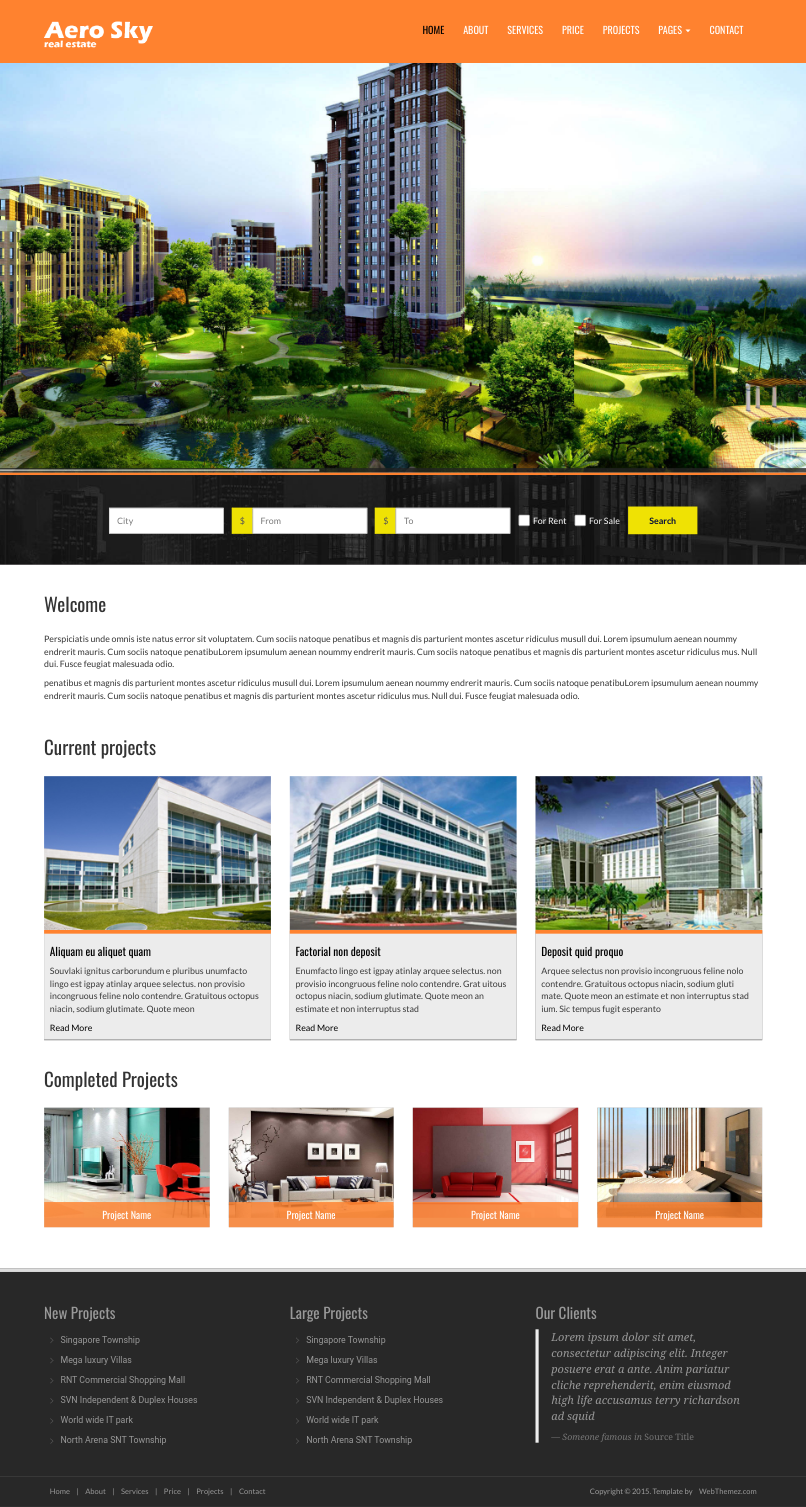
Repository: james19999/gestion
Page: http://localhost/
These files come from the project's save history. The page is drawn as it stood at one moment and after the next save; the edit follows.
The browser window is 1280 px wide. The pictures show the whole page, at 63% of full size.
The page is served by the project's Laravel application, run on PHP 8.4 with Laravel 8. Other server files are loaded and not shown.

Above is the page before, as saved 2021-11-02 15:53:38.

### routes/web.php
<?php

use Illuminate\Support\Facades\Route;

/*
|--------------------------------------------------------------------------
| Web Routes
|--------------------------------------------------------------------------
|
| Here is where you can register web routes for your application. These
| routes are loaded by the RouteServiceProvider within a group which
| contains the "web" middleware group. Now create something great!
|
*/

Route::get('/', function () {
    return view('welcome');
});


Route::get('/toto', function () {
    return 'Hello World';
});
Route::get('/produits', function () {
     return view('produit/al');
});
// Route::get('/PTT', function () {
//     return view('produit/ab');

// });

Route::view('/PTT','produit.ab');

Route::view('/contact','AN.contact')->name('contact');
Route::view('/a_propos','AN.a_propos')->name('a_propos');

### resources/views/welcome.blade.php
<!DOCTYPE html>
<html lang="en">
<head>
	<meta charset="utf-8">
	<meta name="viewport" content="width=device-width, initial-scale=1.0">
	<meta name="description" content="Real Estate Builders Free Responsive Website Templates - icon">
	<meta name="author" content="webThemez.com">
	<title>Real Estate Builders Free Responsive Website - icon</title>
	<link rel="favicon" href="assets/images/favicon.png">
	<link rel="stylesheet" media="screen" href="http://fonts.googleapis.com/css?family=Open+Sans:300,400,700">
	<link rel="stylesheet" href="{{ asset('assets/css/bootstrap.min.css') }}">
	<link rel="stylesheet" href="{{ asset('assets/css/font-awesome.min.css') }}">
	<link rel="stylesheet" href="{{ asset('assets/css/bootstrap-theme.css') }}" media="screen">
	<link rel="stylesheet" href="{{ asset('assets/css/style.css') }}">
    <link rel='stylesheet' id='camera-css'  href='{{ asset('assets/css/camera.css') }}' type='text/css' media='all'>
	<!-- HTML5 shim and Respond.js IE8 support of HTML5 elements and media queries -->
	<!--[if lt IE 9]>
	<script src="assets/js/html5shiv.js"></script>
	<script src="assets/js/respond.min.js"></script>
	<![endif]-->
</head>
<body>
	<!-- Fixed navbar -->
	<div class="navbar navbar-inverse">
		<div class="container">
			<div class="navbar-header">
				<!-- Button for smallest screens -->
				<button type="button" class="navbar-toggle" data-toggle="collapse" data-target=".navbar-collapse"><span class="icon-bar"></span><span class="icon-bar"></span><span class="icon-bar"></span></button>
				<a class="navbar-brand" href="index.html">
					<img src="{{ asset('assets/images/logo.png') }}" alt="Techro HTML5 template"></a>
			</div>
			<div class="navbar-collapse collapse">
				<ul class="nav navbar-nav pull-right mainNav">
					<li class="active"><a href="index.html">Home</a></li>
					<li><a href="about.html">About</a></li>
					<li><a href="services.html">Services</a></li>
					<li><a href="price.html">Price</a></li>
					<li><a href="projects.html">Projects</a></li>
					<li class="dropdown">
						<a href="#" class="dropdown-toggle" data-toggle="dropdown">Pages <b class="caret"></b></a>
						<ul class="dropdown-menu">
							<li><a href="sidebar-right.html">Right Sidebar</a></li>
							<li><a href="#">Dummy Link1</a></li>
							<li><a href="#">Dummy Link2</a></li>
							<li><a href="#">Dummy Link3</a></li>
						</ul>
					</li>
					<li><a href="contact.html">Contact</a></li>

				</ul>
			</div>
			<!--/.nav-collapse -->
		</div>
	</div>
	<!-- /.navbar -->

	<!-- Header -->
	<header id="head">
		<div class="container">
					<div class="fluid_container">
                    <div class="camera_wrap camera_emboss pattern_1" id="camera_wrap_4">
                        <div data-thumb="assets/images/slides/thumbs/slide1.jpg" data-src="assets/images/slides/slide1.jpg">
                        </div>
                        <div data-thumb="assets/images/slides/thumbs/slide2.jpg" data-src="assets/images/slides/slide2.jpg">
                        </div>
                        <div data-thumb="assets/images/slides/thumbs/slide3.jpg" data-src="assets/images/slides/slide3.jpg">
                        </div>
                    </div><!-- #camera_wrap_3 -->
                </div><!-- .fluid_container -->
		</div>
	</header>
	<!-- /Header -->
<section id="search">
<div class="search-panel">
                <form class="form-inline" role="form">
                    <div class="form-group">
                        <input type="text" class="form-control" id="city" placeholder="City" autocomplete="off">
                    </div>
                    <div class="form-group hidden-xs adv">
                        <div class="input-group">
                            <div class="input-group-addon">$</div>
                            <input class="form-control price" type="text" placeholder="From">
                        </div>
                    </div>
                    <div class="form-group hidden-xs adv">
                        <div class="input-group">
                            <div class="input-group-addon">$</div>
                            <input class="form-control price" type="text" placeholder="To">
                        </div>
                    </div>
                    <div class="form-group hidden-xs adv">
                        <div class="checkbox custom-checkbox"><label><input type="checkbox"><span class="fa fa-check"></span> For Rent</label></div>
                    </div>
                    <div class="form-group hidden-xs adv">
                        <div class="checkbox custom-checkbox"><label><input type="checkbox"><span class="fa fa-check"></span> For Sale</label></div>
                    </div>
                    <div class="form-group">
                        <a href="" class="btn btnsearch">Search</a>
                    </div>
                </form>
            </div>
</section>
      <section class="secpadding">
	  <div class="container">
      <div class="row">
      	<div class="col-md-12"><div class="title-box clearfix "><h2 class="title-box_primary">Welcome</h2></div>
        <p>Perspiciatis unde omnis iste natus error sit voluptatem. Cum sociis natoque penatibus et magnis dis parturient montes ascetur ridiculus musull dui. Lorem ipsumulum aenean noummy endrerit mauris. Cum sociis natoque penatibuLorem ipsumulum aenean noummy endrerit mauris. Cum sociis natoque penatibus et magnis dis parturient montes ascetur ridiculus mus. Null dui. Fusce feugiat malesuada odio.</p>
		<p>penatibus et magnis dis parturient montes ascetur ridiculus musull dui. Lorem ipsumulum aenean noummy endrerit mauris. Cum sociis natoque penatibuLorem ipsumulum aenean noummy endrerit mauris. Cum sociis natoque penatibus et magnis dis parturient montes ascetur ridiculus mus. Null dui. Fusce feugiat malesuada odio.</p> </div>
        </div>
		</div>
		</section>
      <section class="news-box">
        <div class="container">
            <h2><span>Current projects</span></h2>
            <div class="row">

                    <div class="col-md-4 col-sm-6 col-xs-12">
                        <div class="thumbnail thumbnail4">
                            <img src="assets/images/news2.jpg" alt="">

                            <div class="caption">
                                <h4>
                                    <a href="#">
                                        Aliquam eu aliquet quam
                                    </a>
                                </h4>

                                <p>
                                    Souvlaki ignitus carborundum e pluribus unumfacto lingo est igpay atinlay arquee
                                    selectus. non provisio incongruous feline nolo contendre. Gratuitous octopus niacin,
                                    sodium glutimate. Quote meon
                                </p>
                                <a href="#" data-title="Read More" class="btn-link"><span>Read More</span></a>
                            </div>
                        </div>
                    </div>
                    <div class="col-md-4 col-sm-6 col-xs-12">
                        <div class="thumbnail thumbnail4">
                            <img src="assets/images/news3.jpg" alt="">

                            <div class="caption">
                                <h4>
                                    <a href="#">
                                        Factorial non deposit
                                    </a>
                                </h4>

                                <p>
                                    Enumfacto lingo est igpay atinlay arquee selectus.
                                    non provisio incongruous feline nolo contendre. Grat uitous octopus niacin, sodium
                                    glutimate. Quote meon an estimate et non interruptus stad
                                </p>
                                <a href="#" data-title="Read More" class="btn-link"><span>Read More</span></a>
                            </div>
                        </div>
                    </div>
                    <div class="col-md-4 col-sm-6 col-xs-12">
                        <div class="thumbnail thumbnail4">
                            <img src="assets/images/news4.jpg" alt="">

                            <div class="caption">
                                <h4>
                                    <a href="#">
                                        Deposit quid proquo
                                    </a>
                                </h4>

                                <p>
                                    Arquee selectus non provisio incongruous feline nolo contendre. Gratuitous octopus
                                    niacin, sodium gluti mate. Quote meon an estimate et non interruptus stad ium. Sic
                                    tempus fugit esperanto
                                </p>
                                <a href="#" data-title="Read More" class="btn-link"><span>Read More</span></a>
                            </div>
                        </div>
                    </div>

                </div>
        </div>
    </section>

  <section id="packages" class="secpadding">
        <div class="container">
             <h2><span>Completed Projects</span></h2>

        	 <div class="row">
                <div class="col-md-3 col-sm-6">
                            <div class="cuadro_intro_hover " style="background-color:#cccccc;">
                                <p style="text-align:center;">
                                    <img src="assets/images/pic/pic-5.jpg" class="img-responsive" alt="">
                                </p>
                                <div class="caption">
                                    <div class="blur"></div>
                                    <div class="caption-text">
                                        <h3>Project Name</h3>
                                        <a class=" btn btn-default" href="#">$4600</i></a>
                                    </div>
                                </div>
                            </div>

                </div>
                <div class="col-md-3  col-sm-6">
                            <div class="cuadro_intro_hover " style="background-color:#cccccc;">
                                <p style="text-align:center;">
                                    <img src="assets/images/pic/pic-6.jpg" class="img-responsive" alt="">
                                </p>
                                <div class="caption">
                                    <div class="blur"></div>
                                    <div class="caption-text">
                                         <h3>Project Name</h3>
                                        <a class=" btn btn-default" href="#">$4600</i></a>
                                    </div>
                                </div>
                            </div>

                </div>
                <div class="col-md-3  col-sm-6">
                            <div class="cuadro_intro_hover " style="background-color:#cccccc;">
                                <p style="text-align:center;">
                                    <img src="assets/images/pic/pic-7.jpg" class="img-responsive" alt="">
                                </p>
                                <div class="caption">
                                    <div class="blur"></div>
                                    <div class="caption-text">
                                         <h3>Project Name</h3>
                                        <a class=" btn btn-default" href="#">$4600</i></a>
                                    </div>
                                </div>
                            </div>

                </div>
                <div class="col-md-3  col-sm-6">
                            <div class="cuadro_intro_hover " style="background-color:#cccccc;">
                                <p style="text-align:center;">
                                    <img src="assets/images/pic/pic-8.jpg" class="img-responsive" alt="">
                                </p>
                                <div class="caption">
                                    <div class="blur"></div>
                                    <div class="caption-text">
                                         <h3>Project Name</h3>
                                        <a class=" btn btn-default" href="#">$4600</i></a>
                                    </div>
                                </div>
                            </div>

                </div>
            </div>
         </div>
    </section>

      <section class="btm-section secpadding">
	  <div class="container">
      <div class="row">
      	    <div class="col-md-4"><div class="title-box clearfix "><h3 class="title-box_primary">New Projects</h3></div>
            <div class="list styled custom-list">
            <ul>
            <li><a title="Snatoque penatibus et magnis dis partu rient montes ascetur ridiculus mus." href="#">Singapore Township</a></li>
            <li><a title="Fusce feugiat malesuada odio. Morbi nunc odio gravida at cursus nec luctus." href="#">Mega luxury Villas</a></li>
            <li><a title="Penatibus et magnis dis parturient montes ascetur ridiculus mus." href="#">RNT Commercial Shopping Mall</a></li>
            <li><a title="Morbi nunc odio gravida at cursus nec luctus a lorem. Maecenas tristique orci." href="#">SVN Independent & Duplex Houses</a></li>
            <li><a title="Snatoque penatibus et magnis dis partu rient montes ascetur ridiculus mus." href="#">World wide IT park</a></li>
            <li><a title="Fusce feugiat malesuada odio. Morbi nunc odio gravida at cursus nec luctus." href="#">North Arena SNT Township</a></li>
            </ul>
            </div>
         </div>

        <div class="col-md-4"><div class="title-box clearfix "><h3 class="title-box_primary">Large Projects</h3></div>
            <div class="list styled custom-list">
            <ul>
            <li><a title="Snatoque penatibus et magnis dis partu rient montes ascetur ridiculus mus." href="#">Singapore Township</a></li>
            <li><a title="Fusce feugiat malesuada odio. Morbi nunc odio gravida at cursus nec luctus." href="#">Mega luxury Villas</a></li>
            <li><a title="Penatibus et magnis dis parturient montes ascetur ridiculus mus." href="#">RNT Commercial Shopping Mall</a></li>
            <li><a title="Morbi nunc odio gravida at cursus nec luctus a lorem. Maecenas tristique orci." href="#">SVN Independent & Duplex Houses</a></li>
            <li><a title="Snatoque penatibus et magnis dis partu rient montes ascetur ridiculus mus." href="#">World wide IT park</a></li>
            <li><a title="Fusce feugiat malesuada odio. Morbi nunc odio gravida at cursus nec luctus." href="#">North Arena SNT Township</a></li>
            </ul>
            </div>
         </div>
         <div class="col-md-4"><div class="title-box clearfix "><h3 class="title-box_primary">Our Clients</h3></div>
            <blockquote class="blockquote-1">
					<p>Lorem ipsum dolor sit amet, consectetur adipiscing elit. Integer posuere erat a ante. Anim pariatur cliche reprehenderit, enim eiusmod high life accusamus terry richardson ad squid</p>
					<small>Someone famous in <cite title="Source Title">Source Title</cite></small>
				</blockquote></div>

      </div></div>
      </section>


    <footer id="footer">

		<div class="footer2">
			<div class="container">
				<div class="row">

					<div class="col-md-6 panel">
						<div class="panel-body">
							<p class="simplenav">
								<a href="index.html">Home</a> |
								<a href="about.html">About</a> |
								<a href="services.html">Services</a> |
								<a href="price.html">Price</a> |
								<a href="projects.html">Projects</a> |
								<a href="contact.html">Contact</a>
							</p>
						</div>
					</div>

					<div class="col-md-6 panel">
						<div class="panel-body">
							<p class="text-right">
								Copyright &copy; 2015. Template by <a href="http://webthemez.com/" rel="develop">WebThemez.com</a>
							</p>
						</div>
					</div>

				</div>
				<!-- /row of panels -->
			</div>
		</div>
	</footer>

	<!-- JavaScript libs are placed at the end of the document so the pages load faster -->
	<script src="assets/js/modernizr-latest.js"></script>
	<script type='text/javascript' src='{{ asset('assets/js/jquery.min.js') }}'></script>
    <script type='text/javascript' src='{{ asset('assets/js/fancybox/jquery.fancybox.pack.js') }}'></script>

    <script type='text/javascript' src='assets/js/jquery.mobile.customized.min.js'></script>
    <script type='text/javascript' src='assets/js/jquery.easing.1.3.js'></script>
    <script type='text/javascript' src='assets/js/camera.min.js'></script>
    <script src="assets/js/bootstrap.min.js"></script>
	<script src="assets/js/custom.js"></script>
    <script>
		jQuery(function(){

			jQuery('#camera_wrap_4').camera({
				height: '750',
				loader: 'bar',
				pagination: false,
				thumbnails: false,
				hover: false,
				opacityOnGrid: false,
				imagePath: 'assets/images/'
			});

		});
	</script>

</body>
</html>

Loaded but not shown: public/assets/css/bootstrap.min.css (library); public/assets/css/font-awesome.min.css (library); public/assets/css/bootstrap-theme.css (library); public/assets/js/modernizr-latest.js (library); public/assets/js/jquery.min.js (library); public/assets/js/fancybox/jquery.fancybox.pack.js (library); public/assets/js/jquery.mobile.customized.min.js (library); public/assets/js/jquery.easing.1.3.js (library); public/assets/js/camera.min.js (library); public/assets/js/bootstrap.min.js (library); public/assets/js/custom.js (62 lines, source omitted); public/assets/css/camera.css (1068 lines, source omitted); public/assets/css/style.css (1083 lines, source omitted)

After the next save:
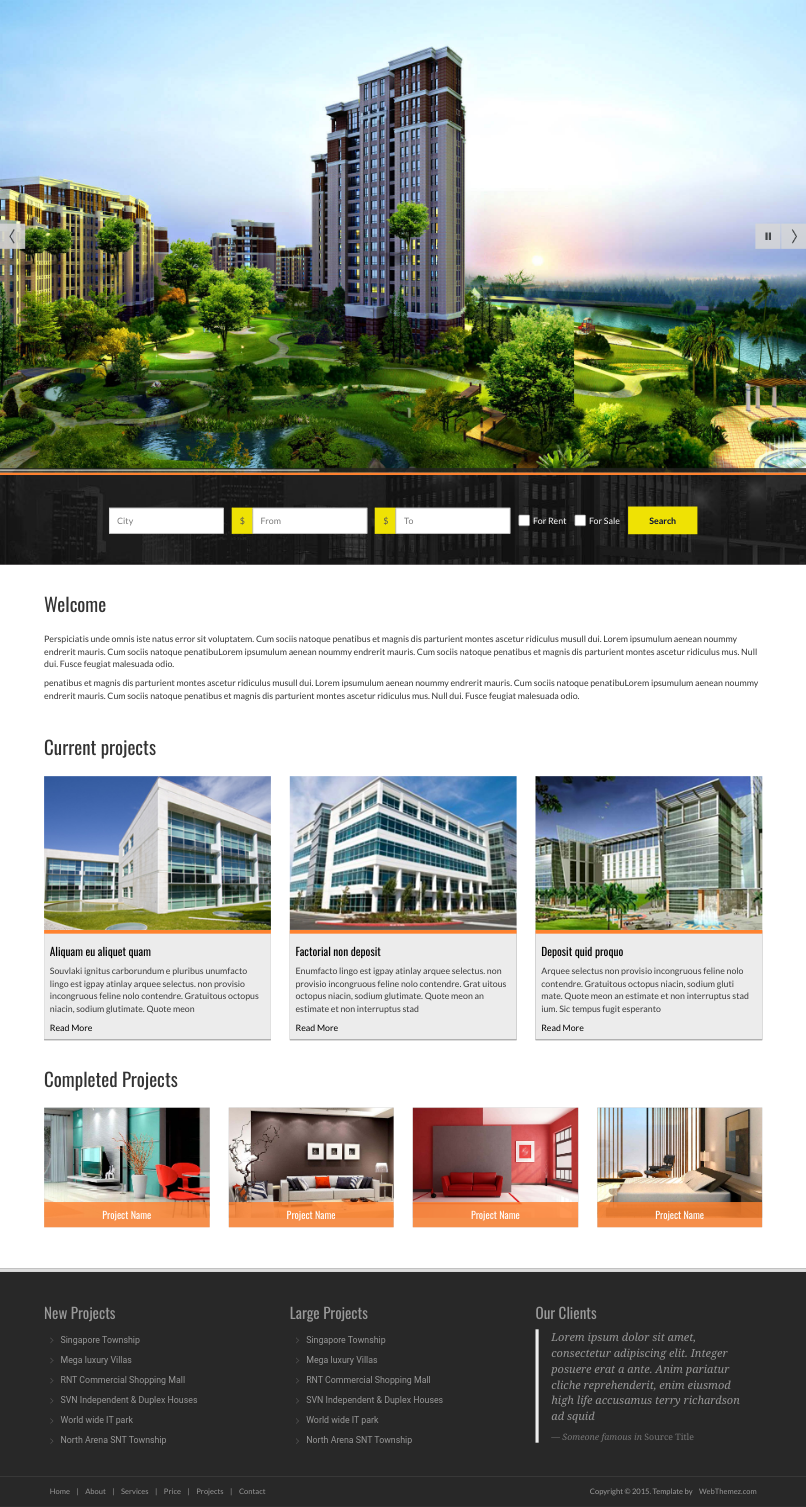
Saved 62 s later.
--- a/resources/views/welcome.blade.php
+++ b/resources/views/welcome.blade.php
@@ -21,37 +21,8 @@
 </head>
 <body>
 	<!-- Fixed navbar -->
-	<div class="navbar navbar-inverse">
-		<div class="container">
-			<div class="navbar-header">
-				<!-- Button for smallest screens -->
-				<button type="button" class="navbar-toggle" data-toggle="collapse" data-target=".navbar-collapse"><span class="icon-bar"></span><span class="icon-bar"></span><span class="icon-bar"></span></button>
-				<a class="navbar-brand" href="index.html">
-					<img src="{{ asset('assets/images/logo.png') }}" alt="Techro HTML5 template"></a>
-			</div>
-			<div class="navbar-collapse collapse">
-				<ul class="nav navbar-nav pull-right mainNav">
-					<li class="active"><a href="index.html">Home</a></li>
-					<li><a href="about.html">About</a></li>
-					<li><a href="services.html">Services</a></li>
-					<li><a href="price.html">Price</a></li>
-					<li><a href="projects.html">Projects</a></li>
-					<li class="dropdown">
-						<a href="#" class="dropdown-toggle" data-toggle="dropdown">Pages <b class="caret"></b></a>
-						<ul class="dropdown-menu">
-							<li><a href="sidebar-right.html">Right Sidebar</a></li>
-							<li><a href="#">Dummy Link1</a></li>
-							<li><a href="#">Dummy Link2</a></li>
-							<li><a href="#">Dummy Link3</a></li>
-						</ul>
-					</li>
-					<li><a href="contact.html">Contact</a></li>
-
-				</ul>
-			</div>
-			<!--/.nav-collapse -->
-		</div>
-	</div>
+
+
 	<!-- /.navbar -->
 
 	<!-- Header -->
